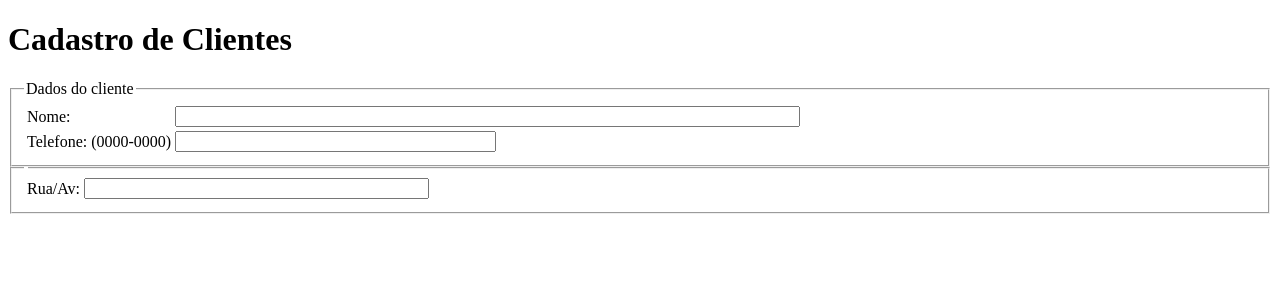
Repository: GabrielGGhost/EstudoJavaAW1-AW2
Page: estudos21/WebContent/cadastro.html
These files come from the project's save history. The page is drawn as it stood at one moment and after the next save; the edit follows.
The browser window is 1280 px wide. The pictures show the whole page.

Above is the page before, as saved 2020-10-31 20:15:08.

After the next save:
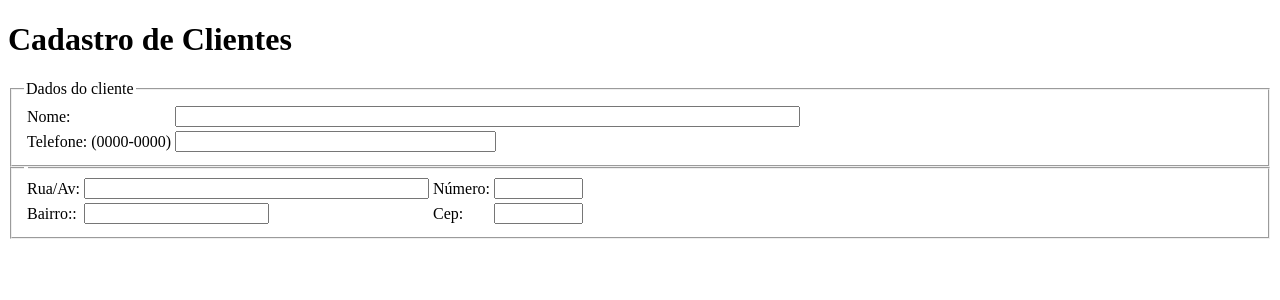
Saved 2 min 48 s later.
--- a/estudos21/WebContent/cadastro.html
+++ b/estudos21/WebContent/cadastro.html
@@ -70,7 +70,17 @@
 			<table>
 				<tr>
 					<td><label for='rua'>Rua/Av:</label></td>
-					<td><input name='rua id='rua type='text' size='40' maxlength="255"/></td>
+					<td><input name='rua' id='rua' type='text' size='40' maxlength="255"/></td>
+
+					<td><label for='numero'>Número:</label></td>
+					<td><input name='numero' id='numero' type='text' size='8' maxlength="5"/></td>
+				</tr>
+				<tr>
+					<td><label for='bairro'>Bairro::</label></td>
+					<td><input name='bairro' id='bairro' type='text' /></td>
+
+					<td><label for='cep'>Cep:</label></td>
+					<td><input name=''cep'' id=''cep'' type='text' size='8'/></td>
 				</tr>
 			</table>
 		</fieldset>
